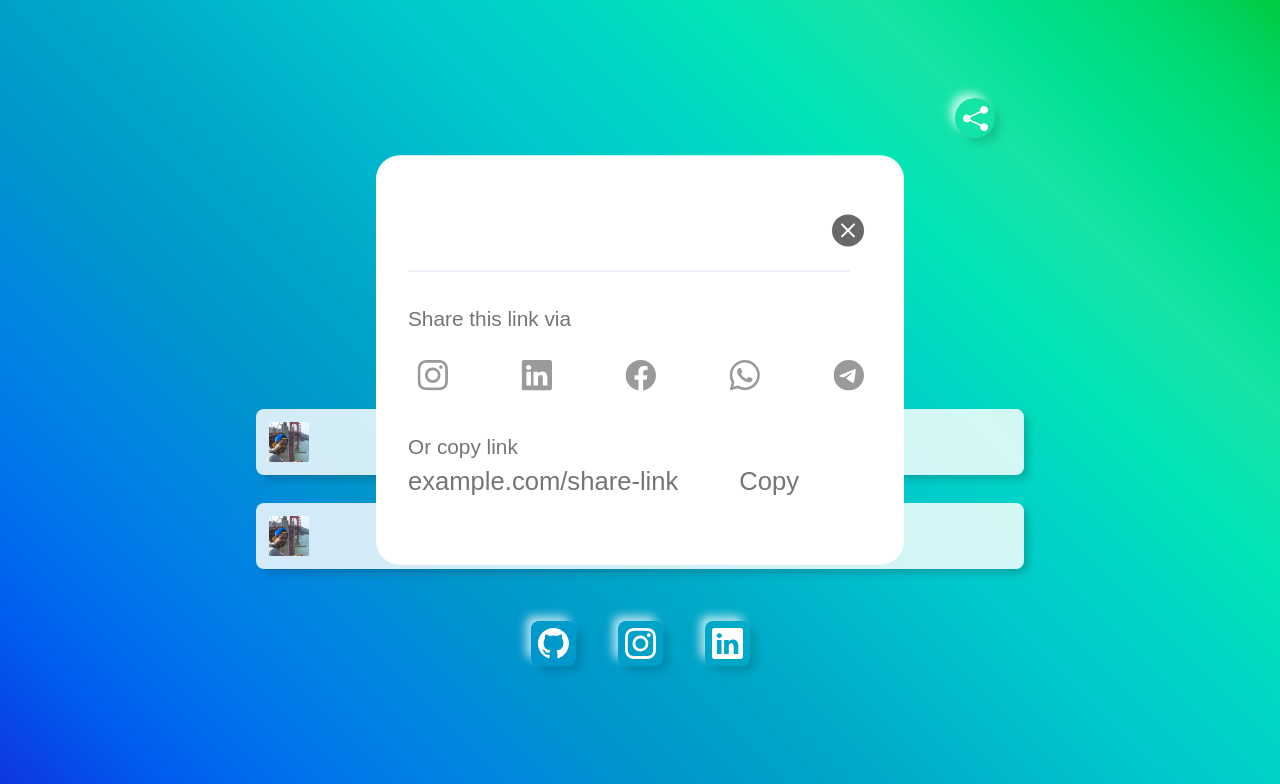
Repository: MateLaDBrouille97/linktree
Page: /
An editor plug-in stored every save of this project. The page is shown before and after the next save, followed by the edit.
The browser window is 1280 px wide. The pictures show the whole page.
The project was rebuilt for these pictures with package versions that can differ from the ones it lists, and the page was loaded fresh each time. The framework's server and built-in components were replaced by stand-ins that run in the browser. Also part of the build but not shown: next.config.js, styles/Home.module.css, styles/scrollup.css.

Above is the page before, as saved 2023-01-24 00:50:33.

### app/layout.tsx
"use client";

import '@/styles/globals.css'
import '../styles/Home.module.css';
import '../styles/scrollup.css';
import '../styles/home.css';
import '../styles/socials.css';
import '../styles/share.css';
import ScrollDow from '../components/ScrollDow';
import ScrollUp from '../components/scrollup/ScrollUp'

export default function RootLayout({
    children,
  }: {
    children: React.ReactNode;
  }) {
    return (
      <html lang="en">
        <body>{children}</body>
        {/* <ScrollDow/> */}
        {/* <ScrollUp/> */}
      </html>
    );
  }

### app/page.tsx
"use client";

import Image from "next/image";
import data from "data.json";
import image from "../public/ManuelTL2.jpg";
import image1 from "../public/ManuelTL2.jpg";
import { useEffect, useState } from "react";
import Socials from "../components/Socials";
import Share from "@/components/Share";

function LinkCard({
  href,
  title,
  image,
}: {
  href: string;
  title: string;
  image?: string;
}) {
  return (
    <a
      href={href}
      className="flex items-center p-3 w-full rounded-lg hover:scale-105 transition-all bg-gray-100 mb-3 -mt-2 max-w-3xl home__linkcard-box"
    >
      <div className="flex text-center w-full home__linkcard-card">
        <div className="w-10 h-10 home__linkcard-img">
          {image1 && (
            <Image
              className="rounded-sm"
              alt={data.name}
              src={image1}
              width={40}
              height={40}
            />
          )}
        </div>
        <h2 className="flex justify-center items-center font-semibold w-full text-gray-700 -ml-10 home__linkcard-title">
          {title}
        </h2>
      </div>
    </a>
  );
}

export default function Home() {
  /*==================== Toggle Menu ====================== */
  const [toggle, showMenu] = useState(false);
  const [activeNav, setActiveNav] = useState("#home");

  /* +++++++++++++++++++++++++++++++++++++++++++++++++ */
  // const { dbUser, image } = useUserContext();

  // const breakpoints = (width) => {
  //   if (width < 640) {
  //     return "xs";
  //   } else if (width >= 640 && width < 768) {
  //     return "sm";
  //   } else if (width >= 768 && width < 1024) {
  //     return "md";
  //   } else if (width >= 1024) {
  //     return "lg";
  //   }
  // };

  // const [breakpoint, setBreakpoint] = useState(() =>
  //   breakpoints(typeof window !== "undefined" && window.innerWidth)
  // );

  useEffect(() => {
    if (toggle) {
      // const calcInnerWidth = function () {
      //   setBreakpoint(breakpoints(window.innerWidth));
      // };
      // window.addEventListener("resize", calcInnerWidth);
      window.addEventListener("scroll", function () {
        const header = this.document.querySelector(".header");
        //scroll higher than 200 viewport height
        //add scroll header class to a tag with the scroll-top
        if (this.scrollY >= 80) header?.classList.add("scroll-header");
        else header?.classList.remove("scroll-header");
      });
    }
  }, []);

  useEffect(() => {
    showMenu(true);
  }, []);

  return (
    <div className="flex items-center flex-col mx-auto w-full justify-center mt-16 px-8 ">
      <Share/>
      <a
        href="#home"
        onClick={() => setActiveNav("#home")}
        // className={
        //   activeNav === "#home" ? "nav__logo active-link" : "nav__logo"
        // }
      >
        <Image
          className="rounded-full"
          alt={data.name}
          src={image}
          width={96}
          height={96}
        />
      </a>

      <h1 className="font-semibold mt-4 mb-8 text-xl" style={{color:"white"}}>{data.name}</h1>
      <h3 className="home__description" style={{color:"white"}}>{data.small_description}</h3>

      <div className="grid place-items-center w-full mt-2">
        {data.links.map((link) => (
          <LinkCard key={link.href} {...link} />
        ))}
      </div>

      <div className="gap-3 items-center flex mt-10">
        {data?.socials?.map((social) => {
         return(

          <Socials title={social?.title} key={social?.href} />
          )
        })}
      </div>
    </div>
  );
}

### styles/globals.css
@tailwind base;
@tailwind components;
@tailwind utilities;

body{
  height:100vh;
  background-image: linear-gradient(
  45deg,
  hsl(229deg 88% 47%) 0%,
  hsl(217deg 100% 47%) 8%,
  hsl(210deg 100% 46%) 16%,
  hsl(204deg 100% 44%) 24%,
  hsl(196deg 100% 40%) 32%,
  hsl(190deg 100% 39%) 41%,
  hsl(186deg 100% 40%) 49%,
  hsl(181deg 100% 40%) 57%,
  hsl(175deg 100% 42%) 65%,
  hsl(168deg 99% 45%) 72%,
  hsl(162deg 82% 49%) 80%,
  hsl(159deg 100% 44%) 86%,
  hsl(153deg 100% 43%) 92%,
  hsl(146deg 100% 41%) 97%,
  hsl(138deg 100% 40%) 100%
);
}

@import  url('https://api.iconify.design/material-symbols/arrow-upward.svg');

/*=============== GOOGLE FONTS ===============*/
@import url("https://fonts.googleapis.com/css2?family=Poppins:wght@400;500;600&display=swap");

/*=================== NEXT.JS ================*/

html,
body {
  padding: 0;
  margin: 0;
  font-family: -apple-system, BlinkMacSystemFont, Segoe UI, Roboto, Oxygen,
    Ubuntu, Cantarell, Fira Sans, Droid Sans, Helvetica Neue, sans-serif;
}

h1 {
  font-size: 1.75rem;
}




/*=============== VARIABLES CSS ===============*/
:root {
  --header-height: 3rem;

  /*========== Colors ==========*/
  /*Color mode HSL(hue, saturation, lightness)*/
  --hue: 0;
  --sat: 0%;
  --title-color: hsl(var(--hue), var(--sat), 20%);
  --title-color-dark: hsl(var(--hue), var(--sat), 0%);
  --text-color: hsl(var(--hue), var(--sat), 46%);
  --body-color: hsl(var(--hue), var(--sat), 98%);
  --container-color: #fff;

  /*========== Font and typography ==========*/
  --body-font: "Poppins", sans-serif;

  /*.5rem = 8px | 1rem = 16px ...*/
  --big-font-size: 3.5rem;
  --h1-font-size: 2.75rem;
  --h2-font-size: 1.5rem;
  --h3-font-size: 1.25rem;
  --normal-font-size: 1rem;
  --small-font-size: 0.875rem;
  --smaller-font-size: 0.813rem;
  --tiny-font-size: 0.625rem;

  /*========== Font weight ==========*/
  --font-normal: 400;
  --font-medium: 500;
  --font-semi-bold: 600;

  /*========== Margenes Bottom ==========*/
  /*.5rem = 8px | 1rem = 16px ...*/
  --mb-0-25: 0.25rem;
  --mb-0-5: 0.5rem;
  --mb-0-75: 0.75rem;
  --mb-1: 1rem;
  --mb-1-5: 1.5rem;
  --mb-2: 2rem;
  --mb-2-5: 2.5rem;
  --mb-3: 3rem;

  /*========== z index ==========*/
  --z-tooltip: 10;
  --z-fixed: 100;
  --z-modal: 1000;
}

/* Responsive typography */
@media screen and (max-width: 992px) {
  :root {
    --big-font-size: 2.75rem;
    --h1-font-size: 1.5rem;
    --h2-font-size: 1.25rem;
    --h3-font-size: 1rem;
    --normal-font-size: 0.938rem;
    --small-font-size: 0.813rem;
    --smaller-font-size: 0.75rem;
  }
}

/*=============== BASE ===============*/
* {
  margin: 0;
  padding: 0;
  box-sizing: border-box;
}

html {
  scroll-behavior: smooth;
}

body,
button,
input,
textarea {
  font-family: var(--body-font);
  font-size: var(--normal-font-size);
}

body {
  background-color: var(--body-color);
  color: var(--text-color);
}

h1,
h2,
h3 {
  color: var(--title-color);
  font-weight: var(--font-semi-bold);
}

ul {
  list-style: none;
}

a {
  text-decoration: none;
}

button {
  cursor: pointer;
  border: none;
  outline: none;
}

img {
  max-width: 100%;
  height: auto;
}

/*=============== REUSABLE CSS CLASSES ===============*/
.section {
  padding: 6rem 0 2rem;
}

.section__title {
  font-size: var(--h1-font-size);
  color: var(--title-color);
}

.section__subtitle {
  display: block;
  font-size: var(--normal-font-size);
  margin-bottom: 4rem;
}

.section__title,
.section__subtitle {
  text-align: center;
}

/*=============== LAYOUT ===============*/
.container {
  max-width: 968px;
  margin-left: auto;
  margin-right: auto;
}

.grid {
  display: grid;
  gap: 1.5rem;
}

/*=============== BUTTONS ===============*/
.button {
  display: inline-block;
  background-color:rgb(100, 189, 140);
  color: var(--container-color);
  padding: 1.25rem 2rem;
  border-radius: 1rem;
  font-weight: var(--font-medium);
}

.button:hover {
  background-color: rgb(81, 209, 138);
  color: var(--container-color);
}

.button__icon {
  margin-left: var(--mb-0-5);
}

.button--flex {
  display: inline-flex;
  align-items: center;

}




/*=============== BREAKPOINTS ===============*/
/* For large devices */
@media screen and (max-width: 992px) {
  .container {
    margin-left: var(--mb-1-5);
    margin-right: var(--mb-1-5);
  }

  .button {
    padding: 1rem 1.75rem;
  }

  .button__icon {
    width: 22px;
    height: 22px;
  }
}

/* For medium devices */
@media screen and (max-width: 768px) {
  body {
    margin: 0 0 var(--header-height) 0;
  }

  .section {
    padding: 2rem 0 4rem;
  }

  .section__subtitle {
    margin-bottom: var(--mb-3);
  }
}

@media screen and (max-width: 576px) {

}

/* For small devices */
@media screen and (max-width: 350px) {
  :root {
    --big-font-size: 2.25rem;
  }

  .container {
    margin-left: var(--mb-1);
    margin-right: var(--mb-1);
  }
}

### styles/home.css
.home__container{
    row-gap: 7rem;
}

.home__content{
    grid-template-columns: 116px repeat(2, 1fr);
    padding-top: 5.5rem;
    column-gap: 2rem;
    align-items: center;
}

.home__social{
    display:grid;
    grid-template-columns: max-content;
    row-gap: 1rem;
}

.home__social-icon{
    font-size:1.25rem;
    color: var(--title-color);
}

.home__social-icon:hover{
    color:rgb(165, 30, 75);
}



.home__social-icon:hover{
    color: var(--title-color-dark);
}

.home__title{
    font-size:var(--h1-font-size);
    margin-bottom:var(--mb-0-25);
}

.home__hand{
    width: 38px;
    height: 38px;
    margin-left: 0.4rem;
}

.home__subtitle{
    position: relative;
    font-size:var(--h3-font-size);
    padding-left: 5.4rem;
    font-weight: var(--font-normal);
    margin-bottom: var(--mb-1);
}

.home__subtitle::before{
    content:'';
    position:absolute;
    width: 70px;
    height:1px;
    background-color:var(--text-color);
    left:0;
    top:1rem;
}

.home__description{
    max-width:400px;
    margin-bottom: var(--mb-3);
    line-height: 1.7;
}

.home__linkcard-box{
    background-color: rgba(255, 255, 255, 0.829);
    border-color: whitesmoke;
    border-width: 3px;
    transition: transform 0.5s;
    box-shadow: 5px 5px 9px -1px rgba(0,0,0,0.2);

    border: 1px solid rgba(0,0,0,0);
    transition: transform 0.5s;
}

.home__linkcard-box:hover{
    box-shadow: 10px 10px 0px -1px rgba(0,0,0,0.15),
                1px 1px 0.5px  rgba(0,0,0,0.15),
                0px -12px 10px -10px  rgba(0,0,0,0.05);
     border: 1px solid   rgba(0,0,0,0.1);
    /* transform:translateY(-2px)  ;    */
}

.home__linkcard-box::after{
    transition: transform 0.5s;
}

.home__linkcard-box:hover::after .home__linkcard-title {
    transition: transform 0.7s;
}

.home__linkcard-box:hover::after .home__linkcard-img {
    transition: transform 0.7s;
}

.home__linkcard-box:hover .home__linkcard-title{
    transform:scale(1.05);
    transition: transform 0.5s;
}

.home__linkcard-box:hover .home__linkcard-img{
    transform:scale(1.15);
    transition: transform 0.5s;
}




.home__img{
/* background: url(../../assets/Mur.jpg); */
background-repeat: no-repeat;
background-position: center;
background-size: cover;
box-shadow: inset 0 0 0 9px rgb(255 255 255/30%);
order: 1;
justify-self: center;
width:375px ;
height: 350px;
animation: profile__animate 8s ease-in-out infinite 1s;
}

@keyframes profile__animate {
    0%{
        border-radius: 60% 40% 30% 70%/60% 30% 70% 40%;
    }

    50%{
        border-radius: 30% 60% 70% 40%/50% 60% 30% 60%;
    }

    100%{
        border-radius: 60% 40% 30% 70%/60% 30% 70% 40%;
    }
}

.home__scroll{
    position:fixed;
    left: 2.5rem;
    bottom: 3rem;
    /* opacity:0.8; */
    padding:0.3rem 0.5rem;
    border-radius:0.4rem;
    z-index: var(--z-tooltip);
    transition: .4s;
}


.wheel {
    animation: scroll 2s ease infinite;
}

@keyframes scroll{
    0% {
        transform: translateY(0);
    }
    30% {
        transform: translateY(3.7rem);
    }

}


.home__scroll-name{
    color: rgba(255, 255, 255, 0.829);
    font-weight: var(--font-medium);
    margin-right: var(--mb-0-25);
    margin-left: 2px;
}

.home__scroll-arrow{
    font-size: 1.25rem;
    color: rgba(255, 255, 255, 0.829);
}


/*=============== BREAKPOINTS ===============*/
/* For large devices */
@media screen and (max-width: 992px) {
    .home__content{
        grid-template-columns: 100px repeat(2, 1fr);
        column-gap: 1.25rem;

    }

    .home__hand{
        width:26px;
        height:26px;
    }

    .home__subtitle{
        padding-left: 3.75rem;
        margin-bottom: var(--mb-1);

    }

    .home__subtitle::before {
        width:42px;
        top:0.8rem;
    }

    .home__description{
        max-width: initial;
        margin-bottom: var(--mb-2-5);
    }

    .home__img{
        width:250px;
        height:250px;
        box-shadow:inset 0 0 0 8px rgb(255 255 255/30%)
    }

    .home__scroll{
        margin-left: 7.5rem;
    }



  }

  /* For medium devices */
  @media screen and (max-width: 768px) {
    .home__content{
        grid-template-columns: 0.5fr 3fr;
        padding-top: 3.5rem;
    }

    .home__img{
        order:initial;/* ordre d'apparition de l'element*/
        justify-self: initial;
        box-shadow: inset 0 0 0 9px rgb(255 255 255/30%);
        width:200px;
        height: 200px;
    }

    .home__data{
        grid-column:1/3;
    }

    .home__scroll{
        display:none;
    }


  }



  /* For small devices */
  @media screen and (max-width: 350px) {


    .home__img{

        width:180px ;
        height: 180px;
    }

    .home__hand{
        width:22px;
        height:22px;
    }


  }

### styles/socials.css
/* .social__link{
    color: var(--container-color);
    font-size: 1.125rem;
    padding: 0.4rem;
    border-radius:1.5rem;
    display: inline-flex;
} */
/*
.social__link:hover{
    background-color:rgba(44, 203, 224, 0.986);
} */

.social__link{
    display:flex;
    /* background-color: var(--container-color); */
    color: var(--container-color);
    height: 45px;
    width: 45px;
    margin: 0 15px;
    border-radius: 8px;
    align-items: center;
    justify-content:center;
    text-decoration: none;
    box-shadow: 6px 6px 10px -1px rgba(0,0,0,0.15),
                -6px -6px 10px -1px rgba(255,255,255,0.7);
    border: 1px solid   rgba(0,0,0,0);
    transition: transform 0.5s;
}

a svg {
    font-size: 38px;
    color: white;
    transition: transform 0.5s;
}


.social__link:hover{
    background-color: rgba(255, 255, 255, 0.829);
    box-shadow: inset 4px 4px 6px -1px rgba(0,0,0,0.2),
                inset -4px -4px 6px -1px rgba(255,255,255,0.7),
                -0.5px -0.5px 0px  rgba(255,255,255,1),
                0.5px 0.5px 0px  rgba(0,0,0,0.15),
                0px -12px 10px -10px  rgba(0,0,0,0.05);
    border: 1px solid   rgba(0,0,0,0.1);
    transform:translateY(2px)  ;
}


a:hover svg{
    transform: scale(1.10);
    fill: black;
    transition: transform 0.5s;
}

a:hover .bi-linkedin{
    fill:rgb(18, 83, 203) ;
    transform:scale(1.10);
    transition: transform 0.5s;
}

a:hover .bi-instagram{
    fill:#e64771;
    transform:scale(1.10);
    transition: transform 0.5s;
}


/*=============== BREAKPOINTS ===============*/
/* For large devices */
@media screen and (max-width: 992px) {


    .social__link:hover{

        box-shadow: inset 4px 4px 6px -1px rgba(0,0,0,0.2),
                    inset -4px -4px 6px -1px rgba(255,255,255,0.7),
                    -0.5px -0.5px 0px  rgba(255,255,255,1),
                    0.5px 0.5px 0px  rgba(0,0,0,0.15),
                    0px -12px 10px -10px  rgba(0,0,0,0.05);
        border: 1px solid   rgba(0,0,0,0.1);
        transform:translateY(2px)  ;
    }




  }

  /* For medium devices */
  @media screen and (max-width: 768px) {




  }



  /* For small devices */
  @media screen and (max-width: 350px) {





  }

### styles/share.css
/*          Share   Items  */

.share-link {
  display: flex;
  color: var(--container-color);
  height: 45px;
  width: 45px;
  margin: 0 15px;
  border-radius: 22px;
  align-items: center;
  justify-content: center;
  text-decoration: none;
  box-shadow: 6px 6px 10px -1px rgba(0, 0, 0, 0.15),
    -6px -6px 10px -1px rgba(255, 255, 255, 0.7);
  border: 1px solid rgba(0, 0, 0, 0);
  transition: transform 0.5s;
}

.share-link:hover {
  background-color: rgba(255, 255, 255, 0.829);
  box-shadow: inset 4px 4px 6px -1px rgba(0, 0, 0, 0.2),
    inset -4px -4px 6px -1px rgba(255, 255, 255, 0.7),
    -0.5px -0.5px 0px rgba(255, 255, 255, 1),
    0.5px 0.5px 0px rgba(0, 0, 0, 0.15),
    0px -12px 10px -10px rgba(0, 0, 0, 0.05);
  border: 1px solid rgba(0, 0, 0, 0.1);
  transform: translateY(2px);
}

/* .share-link .bi-share-fill{
    fill: white;
} */

.share-link:hover .bi-share-fill {
  fill: black;
  transform: scale(1.1);
  transition: transform 0.5s;
}

header {
  width: 95%;
  max-width: 788px;
  display: flex;
  justify-content: flex-end;
  padding: 12px;
  margin-top: 5px;
}

.share-button {
  width: 40px;
  height: 40px;
  border-radius: 20px;
  color: var(--container-color);
}

.share {
  width: 95%;
  max-width: 788px;
  display: flex;
  justify-content: flex-end;
  padding: 12px;
  margin-top: 5px;
  z-index: 10;
}

.modal-share {
  position: absolute;
  top: 50%;
  left: 50%;
  transform: translate(-50%, -50%) scale(1.6);
  background: var(--container-color);
  padding: 20px;
  border-radius: 15px;
  max-width: 330px;
  width: 60%;
}

.modal-share :is(header) {
  display: flex;
  align-items: center;

}

.modal-share :is( .icons) {
    display: flex;
    align-items: center;
    justify-content: space-between;
  }


.modal-share header {
  padding-bottom: 15px;
  border-bottom: 1px solid #ebedf9;
}

header .close .icons a {
  display: flex;
  align-items: center;
  justify-content: center;
  border-radius: 50%;
}

header .close {
  height: 33px;
  width: 33px;
  background: var(--container-color);
  cursor: pointer;
}

/* .modal-title {
  font-size: 19px;
  font-weight: 500;
} */

.modal-share .content {
  margin: 20px 0;
}

.content p {
  font-size: 13px;
}

.content .icons {
  margin: 10px 0 20px 0;
}

.close{
    display: flex;
    justify-content: flex-end;
}

.close .bi-x{
  border-radius: 15px;
  background-color:#696868;
  margin-right: -21px;

}

.icons a {
  height: 30px;
  width: 30px;
  border: 0.5px solid transparent;
  text-decoration: none;
  display: flex;
  justify-content: center;
  align-items: center;
}

.icons svg {
    fill: #40404086
}

### components/Socials.tsx
function GitHubIcon() {
  return (
    <a href="https://github.com/LuckyMate97" className="social__link">
      <svg xmlns="http://www.w3.org/2000/svg" width="31" height="31" fill="white" className="bi bi-github" viewBox="0 0 16 16"> <path d="M8 0C3.58 0 0 3.58 0 8c0 3.54 2.29 6.53 5.47 7.59.4.07.55-.17.55-.38 0-.19-.01-.82-.01-1.49-2.01.37-2.53-.49-2.69-.94-.09-.23-.48-.94-.82-1.13-.28-.15-.68-.52-.01-.53.63-.01 1.08.58 1.23.82.72 1.21 1.87.87 2.33.66.07-.52.28-.87.51-1.07-1.78-.2-3.64-.89-3.64-3.95 0-.87.31-1.59.82-2.15-.08-.2-.36-1.02.08-2.12 0 0 .67-.21 2.2.82.64-.18 1.32-.27 2-.27.68 0 1.36.09 2 .27 1.53-1.04 2.2-.82 2.2-.82.44 1.1.16 1.92.08 2.12.51.56.82 1.27.82 2.15 0 3.07-1.87 3.75-3.65 3.95.29.25.54.73.54 1.48 0 1.07-.01 1.93-.01 2.2 0 .21.15.46.55.38A8.012 8.012 0 0 0 16 8c0-4.42-3.58-8-8-8z"/> </svg>
    </a>
  );
}

function InstagramIcon() {
  return (
    <a href="https://www.instagram.com/oto.mata33/" className="social__link">
      <svg xmlns="http://www.w3.org/2000/svg" width="31" height="31" fill="white" className="bi bi-instagram" viewBox="0 0 16 16"> <path d="M8 0C5.829 0 5.556.01 4.703.048 3.85.088 3.269.222 2.76.42a3.917 3.917 0 0 0-1.417.923A3.927 3.927 0 0 0 .42 2.76C.222 3.268.087 3.85.048 4.7.01 5.555 0 5.827 0 8.001c0 2.172.01 2.444.048 3.297.04.852.174 1.433.372 1.942.205.526.478.972.923 1.417.444.445.89.719 1.416.923.51.198 1.09.333 1.942.372C5.555 15.99 5.827 16 8 16s2.444-.01 3.298-.048c.851-.04 1.434-.174 1.943-.372a3.916 3.916 0 0 0 1.416-.923c.445-.445.718-.891.923-1.417.197-.509.332-1.09.372-1.942C15.99 10.445 16 10.173 16 8s-.01-2.445-.048-3.299c-.04-.851-.175-1.433-.372-1.941a3.926 3.926 0 0 0-.923-1.417A3.911 3.911 0 0 0 13.24.42c-.51-.198-1.092-.333-1.943-.372C10.443.01 10.172 0 7.998 0h.003zm-.717 1.442h.718c2.136 0 2.389.007 3.232.046.78.035 1.204.166 1.486.275.373.145.64.319.92.599.28.28.453.546.598.92.11.281.24.705.275 1.485.039.843.047 1.096.047 3.231s-.008 2.389-.047 3.232c-.035.78-.166 1.203-.275 1.485a2.47 2.47 0 0 1-.599.919c-.28.28-.546.453-.92.598-.28.11-.704.24-1.485.276-.843.038-1.096.047-3.232.047s-2.39-.009-3.233-.047c-.78-.036-1.203-.166-1.485-.276a2.478 2.478 0 0 1-.92-.598 2.48 2.48 0 0 1-.6-.92c-.109-.281-.24-.705-.275-1.485-.038-.843-.046-1.096-.046-3.233 0-2.136.008-2.388.046-3.231.036-.78.166-1.204.276-1.486.145-.373.319-.64.599-.92.28-.28.546-.453.92-.598.282-.11.705-.24 1.485-.276.738-.034 1.024-.044 2.515-.045v.002zm4.988 1.328a.96.96 0 1 0 0 1.92.96.96 0 0 0 0-1.92zm-4.27 1.122a4.109 4.109 0 1 0 0 8.217 4.109 4.109 0 0 0 0-8.217zm0 1.441a2.667 2.667 0 1 1 0 5.334 2.667 2.667 0 0 1 0-5.334z"/> </svg>
    </a>
  );
}

function LinkedInIcon() {
  return (
    <a href="https://ca.linkedin.com/" className="social__link">
      <svg xmlns="http://www.w3.org/2000/svg" width="31" height="31" fill="white" className="bi bi-linkedin" viewBox="0 0 16 16"> <path d="M0 1.146C0 .513.526 0 1.175 0h13.65C15.474 0 16 .513 16 1.146v13.708c0 .633-.526 1.146-1.175 1.146H1.175C.526 16 0 15.487 0 14.854V1.146zm4.943 12.248V6.169H2.542v7.225h2.401zm-1.2-8.212c.837 0 1.358-.554 1.358-1.248-.015-.709-.52-1.248-1.342-1.248-.822 0-1.359.54-1.359 1.248 0 .694.521 1.248 1.327 1.248h.016zm4.908 8.212V9.359c0-.216.016-.432.08-.586.173-.431.568-.878 1.232-.878.869 0 1.216.662 1.216 1.634v3.865h2.401V9.25c0-2.22-1.184-3.252-2.764-3.252-1.274 0-1.845.7-2.165 1.193v.025h-.016a5.54 5.54 0 0 1 .016-.025V6.169h-2.4c.03.678 0 7.225 0 7.225h2.4z"/> </svg>
    </a>
  );
}

function Socials({ title }:{title?:string;}) {
  if (title == "Instagram") {
    return <InstagramIcon  />;
  }
  if (title == "Github") {
    return <GitHubIcon  />;
  }
  if (title == "LinkedIn") {
    return <LinkedInIcon  />;
  }
}

export default Socials;

Loaded but not shown: data.json (35 lines, source omitted); tailwind.config.js (13 lines, source omitted); components/Share.tsx (115 lines, source omitted)

After the next save:
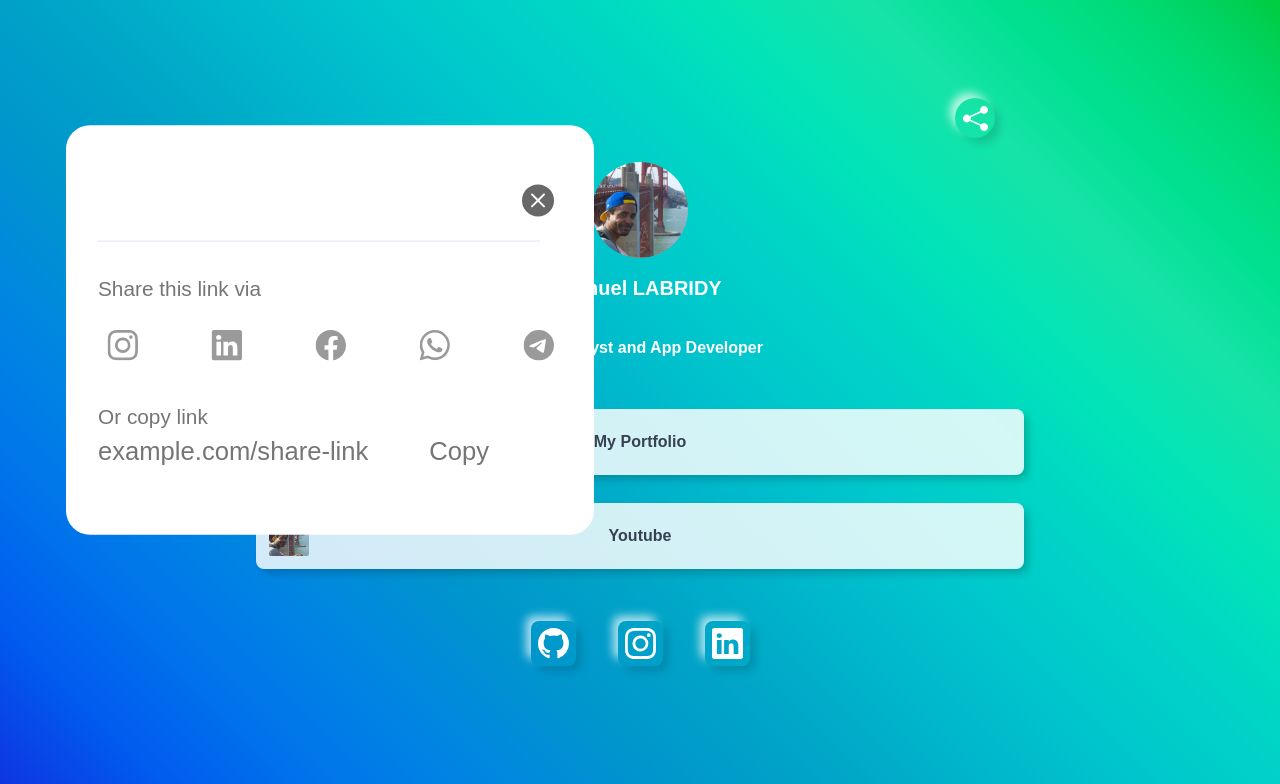
Saved 92 s later.
--- a/styles/share.css
+++ b/styles/share.css
@@ -65,8 +65,8 @@ header {
 
 .modal-share {
   position: absolute;
-  top: 50%;
-  left: 50%;
+  top: 330px;
+  left: 330px;
   transform: translate(-50%, -50%) scale(1.6);
   background: var(--container-color);
   padding: 20px;
